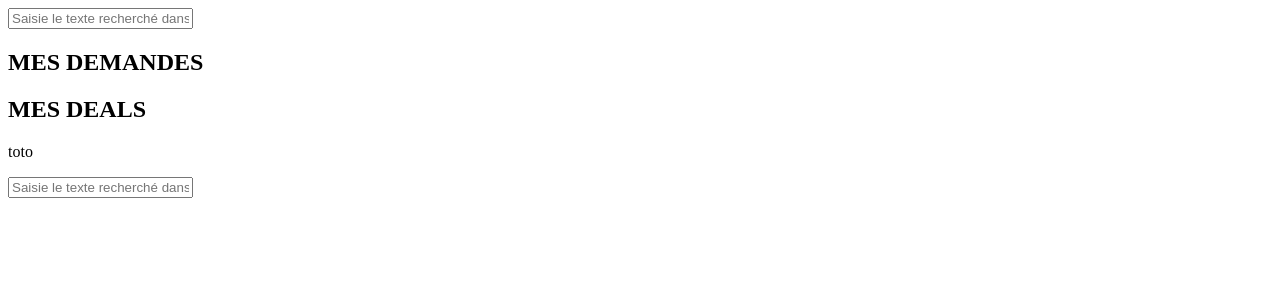
Repository: ProjetManiax/Projet-Maniax
Page: http://localhost/database/application/views/viewDeal.php
The author's editor kept a copy of each file at every save. The page is drawn from the files as they stood at one save, then again after the next save.
The browser window is 1280 px wide. The pictures show the whole page.
The page is run by PHP 8.4 with error messages shown; the project is at /var/www/html/. application/core/MY_Config.php is not in the repository; a stand-in opens the database connection.

Above is the page before, as saved 2018-10-25 03:33:27.
Console error: SyntaxError: Unexpected token '<'

After the next save:
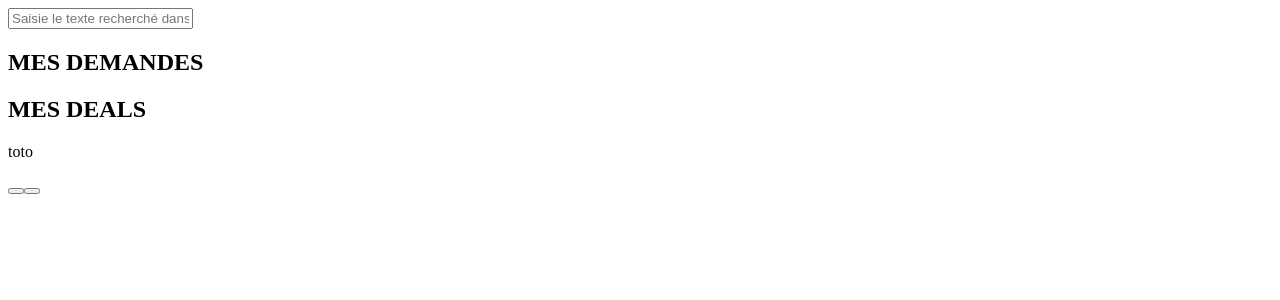
Saved 29 s later.
--- a/application/views/viewDeal.php
+++ b/application/views/viewDeal.php
@@ -33,7 +33,7 @@
         </div>
     </div>
     <div>
-        <input type="text" class="col-md-12 bg-light" placeholder="Saisie le texte recherché dans une offre">
+        <button></button><button></button>
     </div>
 
 </body>
